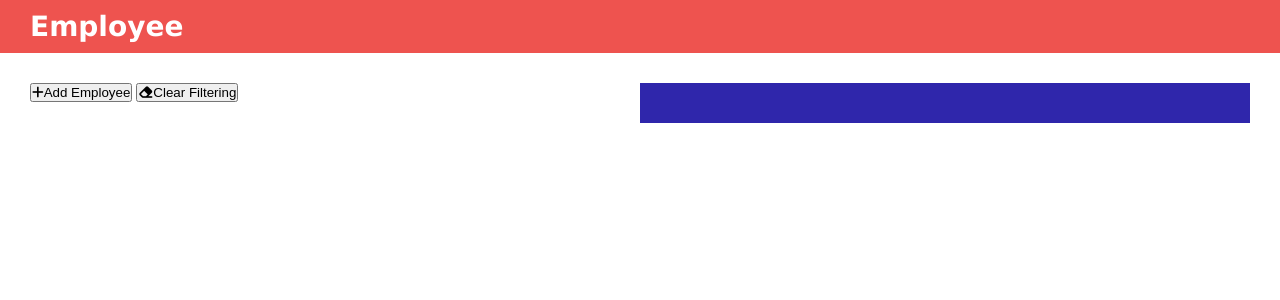
Repository: shivaniwankar21/employe_Registration
Page: index.html
An editor plug-in stored every save of this project. The page is shown before and after the next save, followed by the edit.
The browser window is 1280 px wide. The pictures show the whole page.

Above is the page before, as saved 2024-03-06 15:45:17.

### index.html
<!DOCTYPE html>
<html lang="en">

<head>
  <meta charset="UTF-8">
  <meta name="viewport" content="width=device-width, initial-scale=1.0">
  <title>Employee Registration</title>
  <link rel="stylesheet" href="style.css">
  <link rel="stylesheet" href="https://cdnjs.cloudflare.com/ajax/libs/font-awesome/6.5.1/css/all.min.css"
    integrity="sha512-DTOQO9RWCH3ppGqcWaEA1BIZOC6xxalwEsw9c2QQeAIftl+Vegovlnee1c9QX4TctnWMn13TZye+giMm8e2LwA=="
    crossorigin="anonymous" referrerpolicy="no-referrer" />
</head>

<body>
  <div class="header">
    <h5>Employee</h5>
  </div>
  <div class="upper-btn-box">
    <div class="left-box">
      <button><i class="fa fa-plus"></i>Add Employee</button>
      <button><i class="fa fa-eraser"></i>Clear Filtering</button>
    </div>
    <div class="right-box"></div>
  </div>
  <script type="module" src="script.js"></script>
</body>

</html>

### style.css
* {
  padding: 0;
  margin: 0;
  box-sizing: border-box;
}

.header {
  width: 100%;
  padding: 10px 30px;
  background-color: #ee534f;
}

.header h5 {
  font-weight: bold;
  font-family: verdana;
  font-size: 28px;
  color: #fff;
}

/* upper btn box */
.upper-btn-box {
  width: 100%;
  height: 100px;
  display: flex;
  padding: 30px;
}

.upper-btn-box .left-box {
  width: 50%;
  height: 100%;


}

.upper-btn-box .right-box {
  width: 50%;
  height: 100%;
  background-color: rgb(47, 38, 171);
}

Loaded but not shown: script.js (no copy from this time; the picture is the same without it)

After the next save:
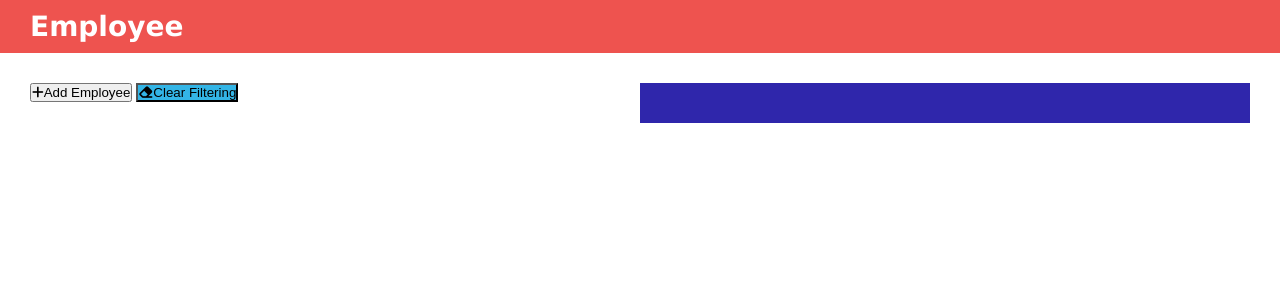
Saved 7 min 1 s later.
--- a/index.html
+++ b/index.html
@@ -18,7 +18,7 @@
   <div class="upper-btn-box">
     <div class="left-box">
       <button><i class="fa fa-plus"></i>Add Employee</button>
-      <button><i class="fa fa-eraser"></i>Clear Filtering</button>
+      <button style="background-color: #33B5E6;"><i class="fa fa-eraser"></i>Clear Filtering</button>
     </div>
     <div class="right-box"></div>
   </div>
